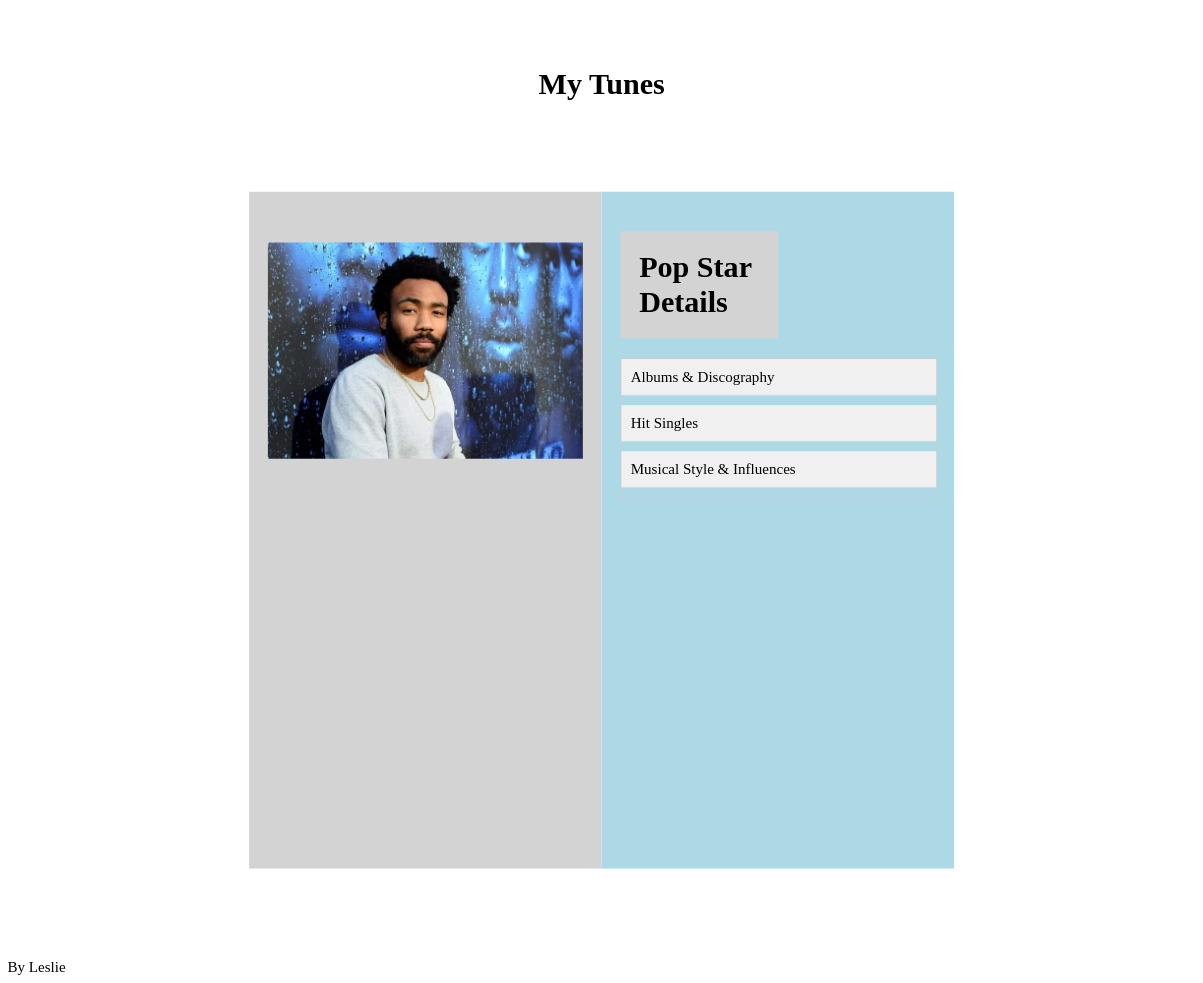
Repository: leslie179/labOne
Page: /
These files come from the project's save history. The page is drawn as it stood at one moment and after the next save; the edit follows.
The browser window is 1280 px wide. The pictures show the whole page, at 94% of full size.
The project was rebuilt for these pictures with package versions that can differ from the ones it lists, and the page was loaded fresh each time. The framework's server and built-in components were replaced by stand-ins that run in the browser. Also part of the build but not shown: next.config.js, components/Footer/Footer.module.css.

Above is the page before, as saved 2024-09-15 22:12:16.

After the next save:
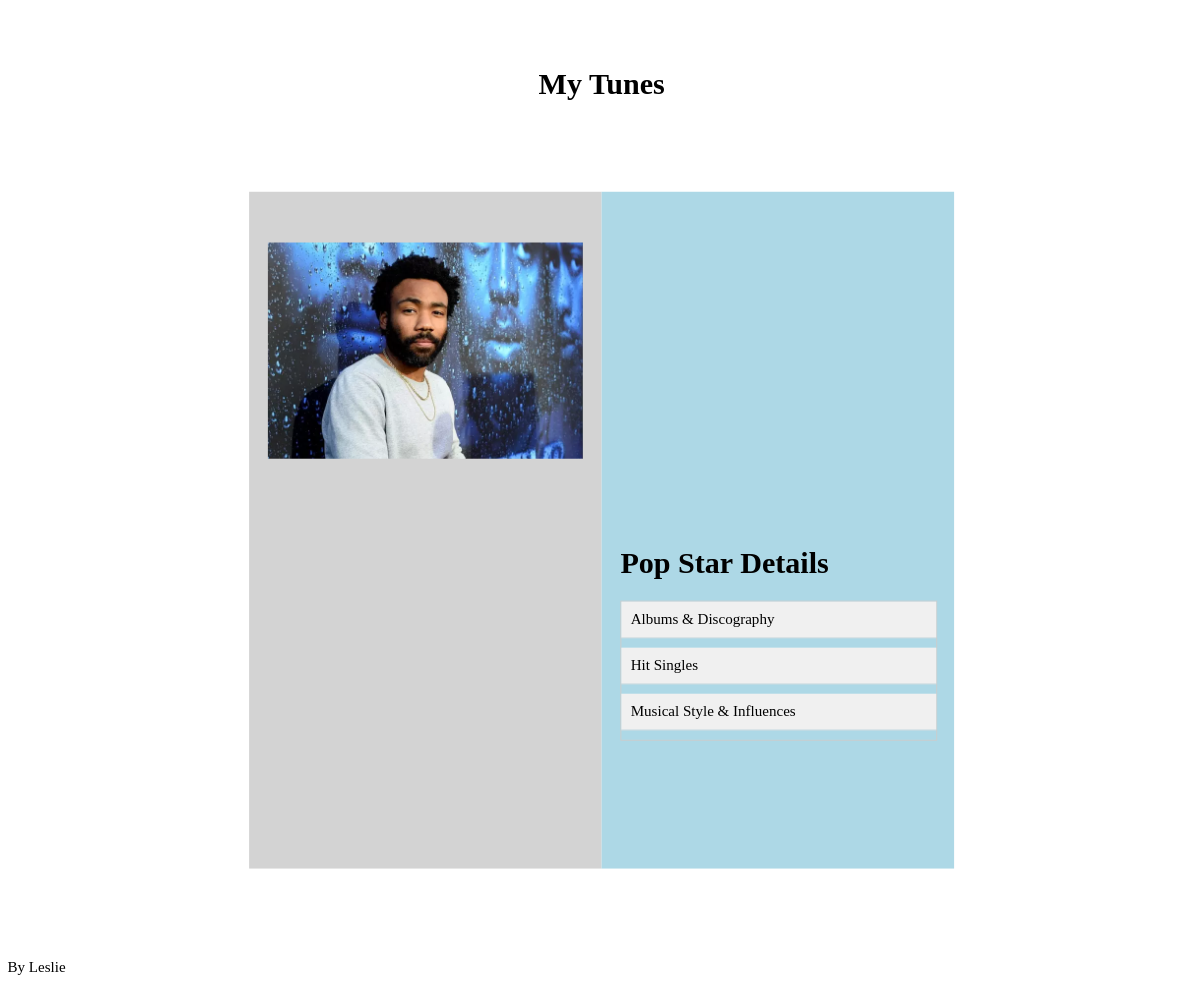
Saved 6 s later.
--- a/pages/index.js
+++ b/pages/index.js
@@ -21,7 +21,7 @@ export default function Home() {
                 <LeftComponent />
             </div>
             <div className={styles.right}>
-              <h1 className={styles.left}>Pop Star Details</h1>
+              <h1 className={styles.h1}>Pop Star Details</h1>
                 <RightComponent />
             </div>
             </div>
